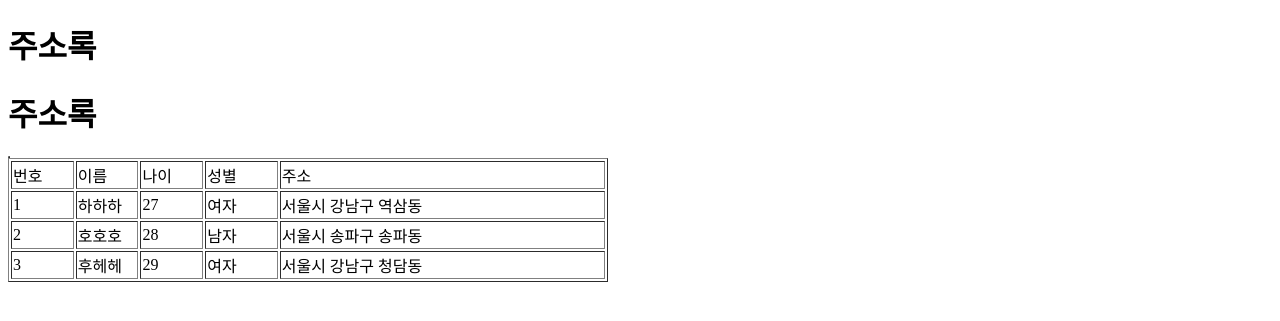
Repository: seula123/Front-End
Page: ClientTest/src/main/webapp/html/ex16_table.html
The author's editor kept a copy of each file at every save. The page is drawn from the files as they stood at one save, then again after the next save.
The browser window is 1280 px wide. The pictures show the whole page.

Above is the page before, as saved 2023-09-21 01:09:14.

### ClientTest/src/main/webapp/html/ex16_table.html
<!DOCTYPE html>
<html>
<head>
<meta charset="UTF-8">
<title>Insert title here</title>
</head>
<body>


		<!-- ex16_table.html  -->

		<!--
		테이블 ㅈ가업
		1. 기본작업(table, tr, td)
		2. 데이터 작성
		3. 크기 >전체너비> 열너비
		 **높이(x) > 데이터 추가/삭제 > 높이 변경해야 하기 때문에..




		 -->


		<h1> 주소록 </h1>

		<table border ="1">
		<h1> 주소록 </h1>
		<table border = "1" width ="600">
		<!--  테이블 헤더 -->
		<tr>
			<td width ="60"> 번호 </td>
			<td width ="60"> 이름 </td>
			<td width ="60"> 나이 </td>
			<td width ="70"> 성별 </td>
			<td width ="330"> 주소 </td>
		</tr>



		<!-- 테이블 본문(데이터) -->
	<tr>
		<td> 1 </td>
		<td> 하하하 </td>
		<td> 27 </td>
		<td> 여자 </td>
		<td> 서울시 강남구 역삼동 </td>
	</tr>
	<tr>
		<td> 2 </td>
		<td> 호호호 </td>
		<td> 28 </td>
		<td> 남자 </td>
		<td> 서울시 송파구 송파동 </td>
	</tr>
	<tr>
		<td> 3 </td>
		<td> 후헤헤 </td>
		<td> 29 </td>
		<td> 여자 </td>
		<td> 서울시 강남구 청담동 </td>
	</tr>




		</table>
</body>
</html>

After the next save:
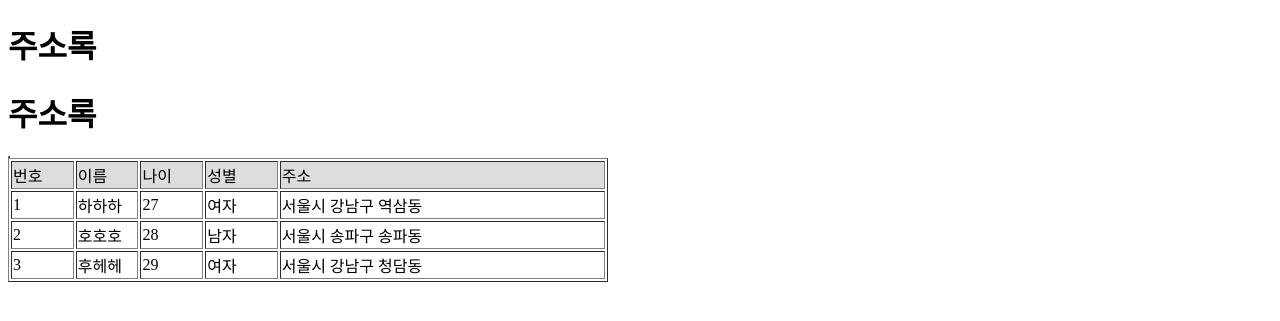
Saved 25 s later.
--- a/ClientTest/src/main/webapp/html/ex16_table.html
+++ b/ClientTest/src/main/webapp/html/ex16_table.html
@@ -28,7 +28,7 @@
 		<h1> 주소록 </h1>
 		<table border = "1" width ="600">
 		<!--  테이블 헤더 -->
-		<tr>
+		<tr bgcolor = "#DDDDDD">
 			<td width ="60"> 번호 </td>
 			<td width ="60"> 이름 </td>
 			<td width ="60"> 나이 </td>
@@ -39,7 +39,7 @@
 
 
 		<!-- 테이블 본문(데이터) -->
-	<tr>
+	<tr >
 		<td> 1 </td>
 		<td> 하하하 </td>
 		<td> 27 </td>
